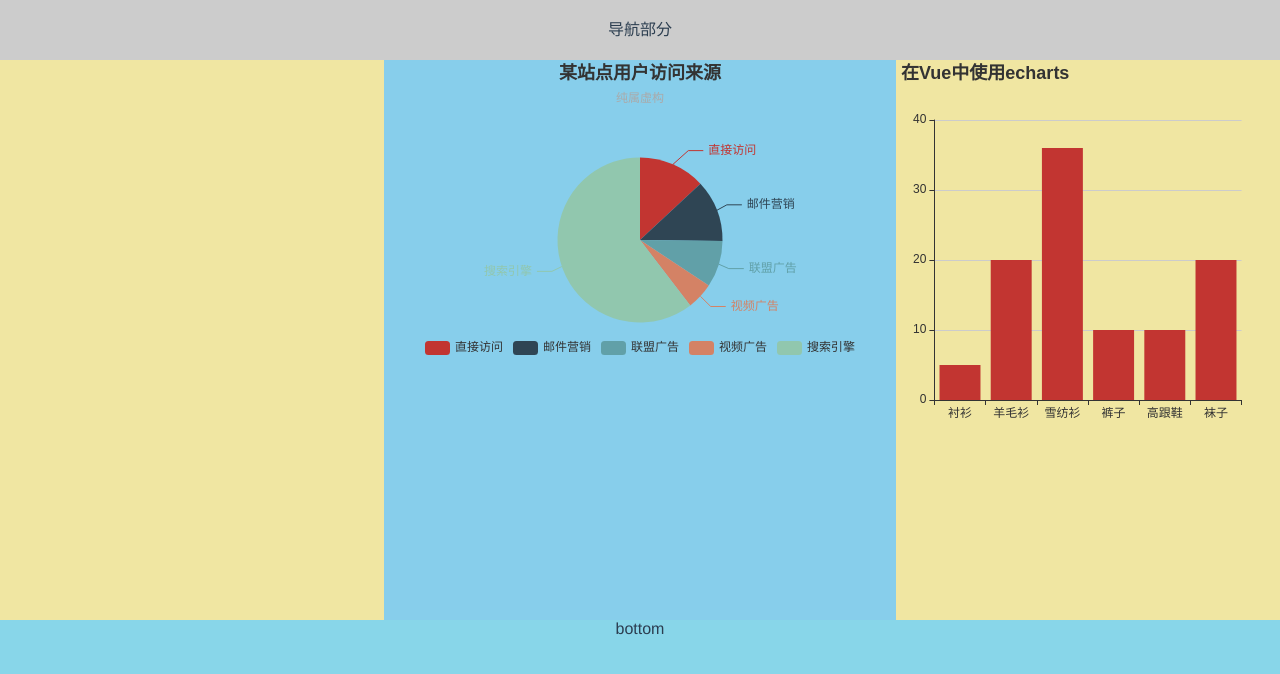
Repository: nyy-2017/vue-echarts
Page: /
These files come from the project's save history. The page is drawn as it stood at one moment and after the next save; the edit follows.
The browser window is 1280 px wide. The pictures show the whole page.
The project was rebuilt for these pictures with package versions that can differ from the ones it lists, and the page was loaded fresh each time.

Above is the page before, as saved 2019-07-09 10:16:59.

### src/main.js
import Vue from 'vue'
import App from './App'
import router from './router'
// 引入echarts
import echarts from 'echarts'

Vue.prototype.$echarts = echarts

Vue.config.productionTip = false

/* eslint-disable no-new */
new Vue({
  el: '#app',
  router,
  render: h => h(App)
})

### src/components/HelloWorld.vue
<template>
    <div id="all">
      <div class="contains">
        <div id="top">导航部分</div>
        <div id="content">
            <div class="left">
            </div>
            <div class="center">
              <myEcharts></myEcharts>
            </div>
            <div class="right">
              <div id="myChart" :style="{width: '100%', height: '400px'}"></div>
            </div>
        </div>
        <div id="bottom">bottom</div>
      </div>
    </div>
</template>


<script>
import myEcharts from "../demo/myEcharts.vue"
// 引入基本模板
let echarts = require('echarts/lib/echarts')
// 引入柱状图组件
require('echarts/lib/chart/bar')
// 引入提示框和title组件
require('echarts/lib/component/tooltip')
require('echarts/lib/component/title')
export default {
  components: {
    myEcharts
  },
  data () {
    return {
    }
  },
  methods:{

    drawLine(){
            // 基于准备好的dom，初始化echarts实例
            let myChart = this.$echarts.init(document.getElementById('myChart'))
            // 绘制图表
            myChart.setOption({
                title: { text: '在Vue中使用echarts' },
                tooltip: {},
                xAxis: {
                    data: ["衬衫","羊毛衫","雪纺衫","裤子","高跟鞋","袜子"]
                },
                yAxis: {},
                series: [{
                    name: '销量',
                    type: 'bar',
                    data: [5, 20, 36, 10, 10, 20]
                }]
            });
        }
  },
  created(){
  },
  mounted(){
    this.drawLine();
     //实现自适应部分
    window.addEventListener('resize',()=>{
        this.$echarts.init(document.getElementById('myChart')).resize()
    })
  },
}
</script>


<style>
#chart{
 display:flex;
 }
#all{
   margin:0;
   padding:0;
   width: 100%;
   height: 100%;
 }
 .contains{
   width: 100%;
   min-width: 500px;
 }
#top{
    position:absolute;
    top:0;
    left:0;
    background-color:#ccc;
    height:60px;
    line-height: 60px;
    width:100%;
    z-index:100;
}
#bottom{
    position:absolute;
    bottom:0;
    left:0;
    background-color:#88D6E9;
    height:100px;
    width:100%;
    z-index:100;
}

#content{
    position:absolute;
    width:100%;
    overflow:auto;
    background-color:#F0E6A2;
    bottom:100px;
    top:60px;
    left: 0;
    right: 0;
    z-index:90;
    display: flex;
    flex-direction: row;
}
  .left{
    width: 30%;
    height: 100%;
  }
  .center{
    width: 40%;
    height: 100%;
    background-color: skyblue;

  }
  .right{
    width: 30%;
    height: 100%;
  }
</style>

### src/demo/myEcharts.vue
<template>
    <div class="pie">
        <div id="pie1">
            <!-- 为 ECharts 准备一个具备大小（宽高）的 DOM -->
            <div id="main1" style="float:left;width:100%;height: 300px"></div>
        </div>
        <div id="pie2">
            <div id="main2" style="float:left;width:100%;height: 300px"></div>
        </div>
    </div>
</template>

<script>
    var echarts = require('echarts');

    export default {
        data() {
            return {
                // 数据
                data1: [],
            }
        },
        mounted() {
            this.initData();
        },
        methods: {
            //初始化数据
            initData() {
                var myChart = echarts.init(document.getElementById('main1'));
                window.onresize = myChart.resize
                // 绘制图表
                myChart.setOption({
                    title : {
                        text: '某站点用户访问来源',
                        subtext: '纯属虚构',
                        x:'center'
                    },
                    tooltip : {
                        trigger: 'item',
                        formatter: "{a} <br/>{b} : {c} ({d}%)"
                    },
                    legend: {
                        orient: 'vertical',
                        bottom: 'bottom',
                        data: ['直接访问','邮件营销','联盟广告','视频广告','搜索引擎']
                    },
                    series : [
                        {
                            name: '访问来源',
                            type: 'pie',
                            radius : '55%',
                            center: ['50%', '60%'],
                            data:[
                                {value:335, name:'直接访问'},
                                {value:310, name:'邮件营销'},
                                {value:234, name:'联盟广告'},
                                {value:135, name:'视频广告'},
                                {value:1548, name:'搜索引擎'}
                            ],
                            itemStyle: {
                                emphasis: {
                                    shadowBlur: 10,
                                    shadowOffsetX: 0,
                                    shadowColor: 'rgba(0, 0, 0, 0.5)'
                                }
                            }
                        }
                    ]
                });
                // let _this = this;
                // window.addEventListener("resize",function(){
                //     _this.ChartLineGraph.resize();
                // })
            },
        }
    }
</script>

Loaded but not shown: src/App.vue (common file); src/router/index.js (common file)

After the next save:
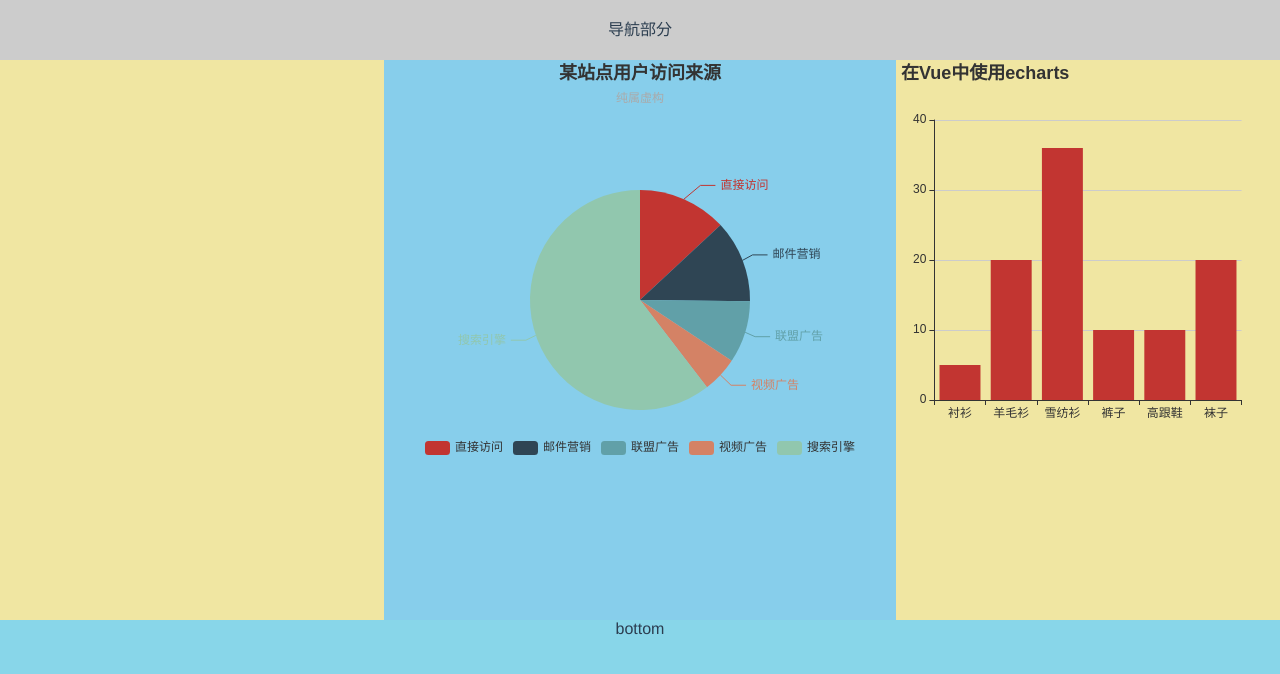
Saved 3 min 29 s later.
--- a/src/demo/myEcharts.vue
+++ b/src/demo/myEcharts.vue
@@ -2,11 +2,11 @@
     <div class="pie">
         <div id="pie1">
             <!-- 为 ECharts 准备一个具备大小（宽高）的 DOM -->
-            <div id="main1" style="float:left;width:100%;height: 300px"></div>
+            <div id="main1" style="float:left;width:100%;height: 400px"></div>
         </div>
-        <div id="pie2">
-            <div id="main2" style="float:left;width:100%;height: 300px"></div>
-        </div>
+        <!-- <div id="pie2">
+            <div id="main2" style="float:left;width:100%;height: 400px"></div>
+        </div> -->
     </div>
 </template>
 
